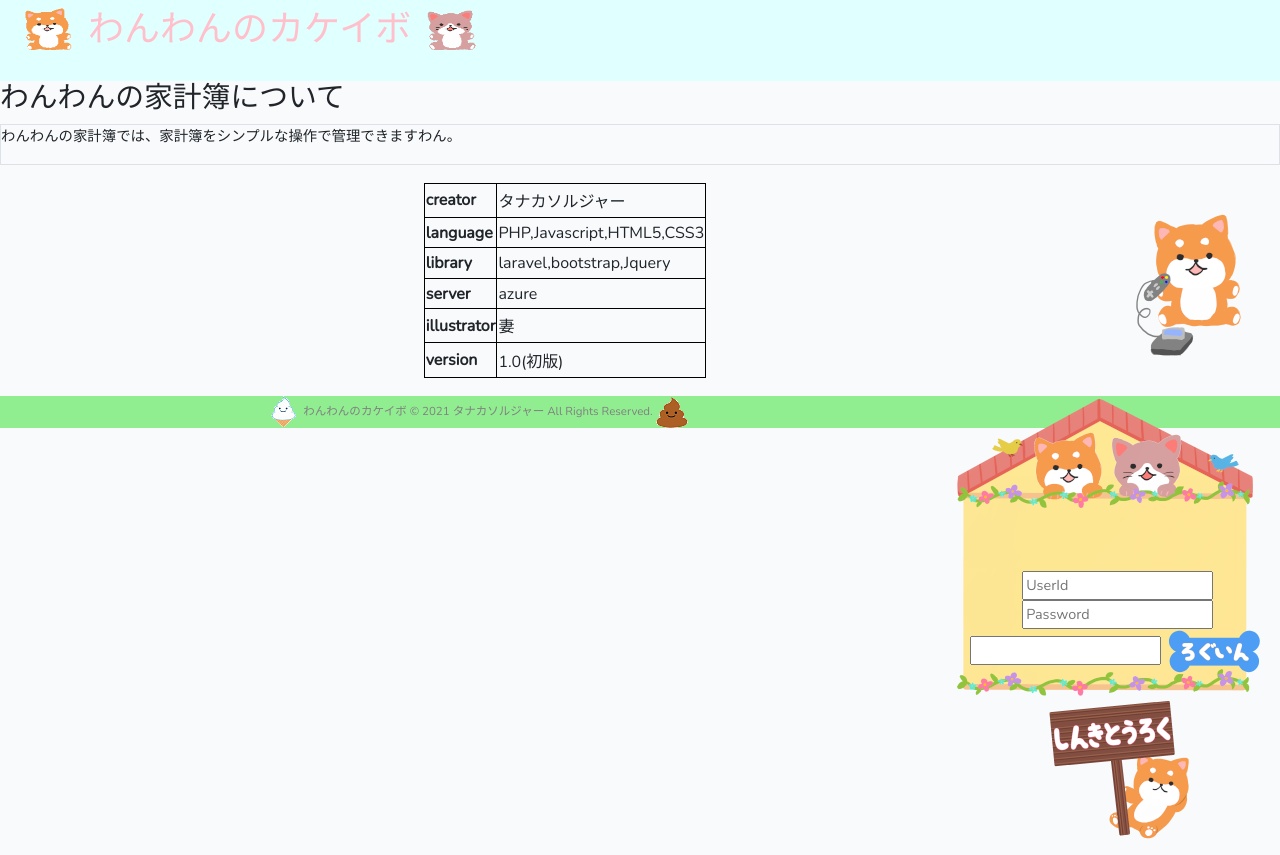
Repository: tatsuya-tanaka27/wanwannokakeibo
Page: http://localhost/wanwannokakeibo/login
The author's editor kept a copy of each file at every save. The page is drawn from the files as they stood at one save, then again after a run of saves.
The browser window is 1280 px wide. The pictures show the whole page.
Some web fonts or font styles are not loaded; a fallback is used. The page is served by the project's Laravel application, run on PHP 8.4 with Laravel 8.

Above is the page before, as saved 2021-03-05 13:43:40.
Console error: ReferenceError: $ is not defined

After the next 2 saves:
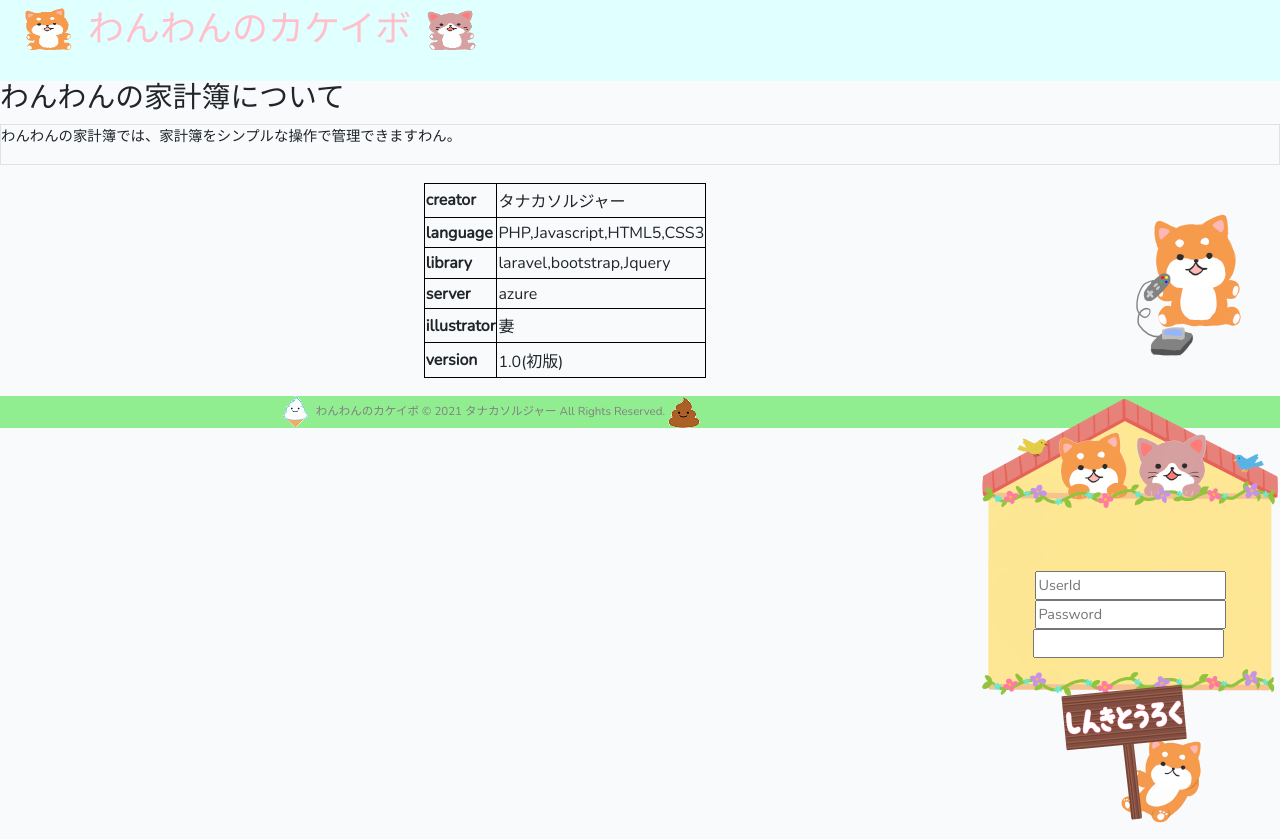
The 2 saves are shown as one change because they came seconds apart.
The last was saved 20 s later.
--- a/laravelapp/resources/views/kakeibo/login.blade.php
+++ b/laravelapp/resources/views/kakeibo/login.blade.php
@@ -54,9 +54,9 @@
 					<br />
 					<input id="login-pass" type="password" align="center" placeholder="Password" />
 					<br />
-                    <input type="submit image" id="login-submit">
+                    <input type="submit image" id="login-submit" class="img-fluid" src="/images/login100.PNG" alt="ログイン">
 					<a id="login-submit" align="center" href="index.html">
-						<img class="img-fluid" src="/images/login100.PNG" alt="ログイン" />
+						<img  />
 					</a>
 					<br />
 					<br />
